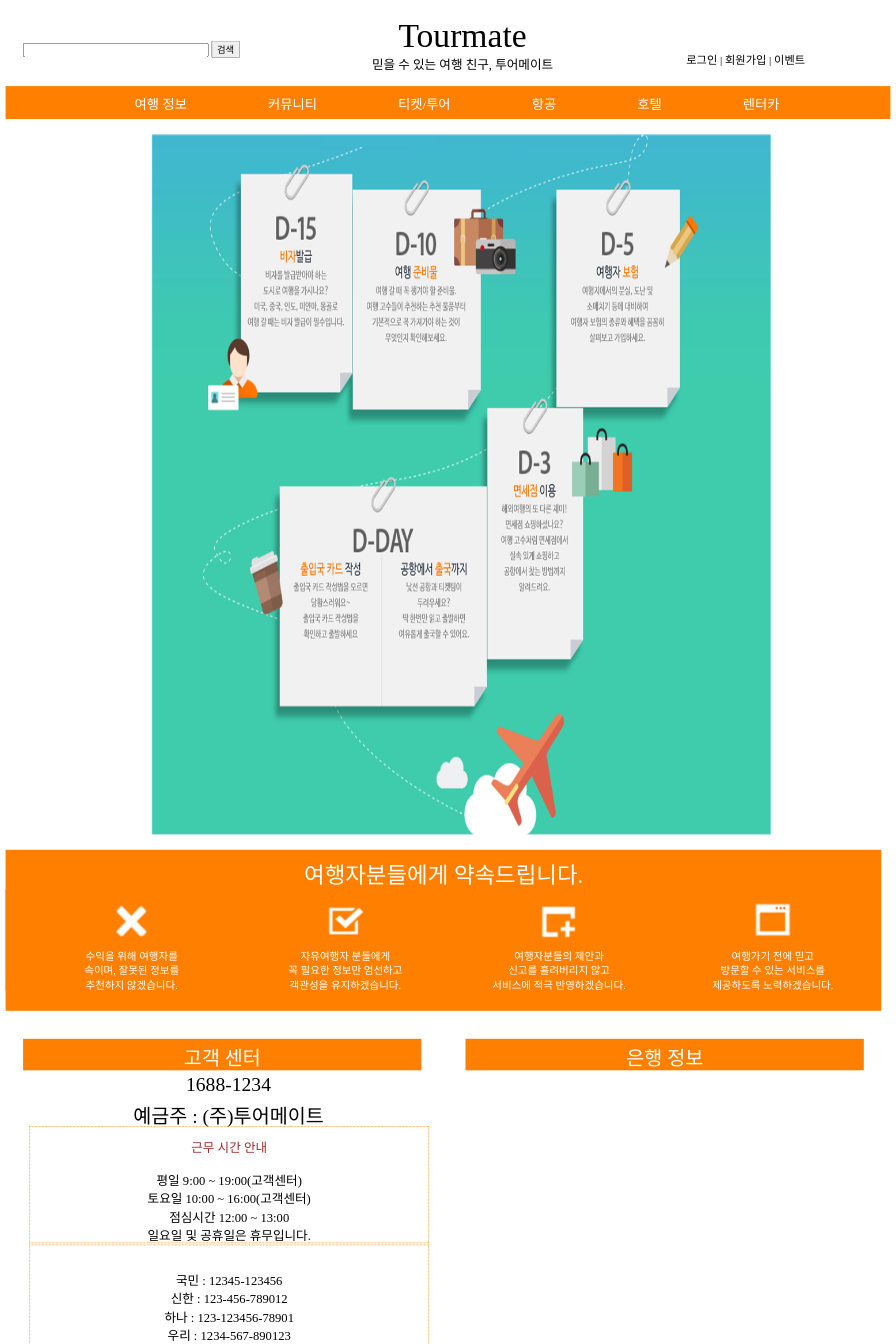
Repository: nohyoonko/2017-2-WP-Tourmate
Page: http://localhost/Tourmate/여행_준비.jsp
An editor plug-in stored every save of this project. The page is shown before and after the next save, followed by the edit.
The browser window is 1280 px wide. The pictures show the part of the page from y = 0 to 1920 px (the page is 2170 px tall before and 11170 px after), at 70% of full size.
Some web libraries are served in a nearby version. The page is served by Tomcat 9. Other server files are loaded and not shown.

Above is the page before, as saved 2017-12-06 05:38:08.

### eclipse-workspace/Tourmate/WebContent/여행_준비.jsp
<%@ page contentType="text/html; charset=UTF-8" pageEncoding="UTF-8"%>
<!DOCTYPE html>
<html lang="ko">
	<head>
		<meta http-equiv="Content-Type" content="text/html; charset=UTF-8" />
		<title>투어메이트</title>
		<script src="http://code.jquery.com/jquery-1.10.1.js"></script>
		<style>
		#box {
			width:70%;
			height:1000px;
			margin-left:3%;
		}
		</style>
	</head>
	<body>
		<!-- 제목+메뉴바를 포함한 Header.jsp 파일을 include -->
 		<jsp:include page="Header.jsp" flush="false"/>
		<br><br>
			<center>
			<img id="box" src="1_ready/여행_준비.png">
			</center>
		<br>
		<!-- 회사 정보와 약속을 포함한 Footer.jsp 파일을 include -->
		<jsp:include page="Footer.jsp" flush="false"/>
	</body>
</html>

### eclipse-workspace/Tourmate/WebContent/Header.jsp
<%@ page language="java" contentType="text/html; charset=UTF-8"
    pageEncoding="UTF-8"%>
<!DOCTYPE html PUBLIC "-//W3C//DTD HTML 4.01 Transitional//EN" "http://www.w3.org/TR/html4/loose.dtd">
<html>
<head>
	<meta http-equiv="Content-Type" content="text/html; charset=UTF-8">
	<title>투어메이트</title>
    <style>
        div { font-family: "함초롬돋움"; }

        div.header1 {
            width: 30%;
            float: left;
            margin-left: 25px;
            margin-top: 50px;
        }

        div.header2 {
            width: 33%;
            height: 60px;
            float: left;
            margin-left: 40px;
            margin-top: 15px;
            color: black;
        }

      	div.header2 > a {
        	color:black; text-decoration:none;
      	}

        div.header3 {
            width: 31%;
            height: 50px;
            float: left;
            margin-right: 10px;
            margin-top: 65px;
        }

        .menubar {
 			background: #FF8000;
 			display: inline-block;
  			width: 100%;
		}
		.main { margin: 0; padding: 0; font-size: 19px; }
		.main li {
			padding:0% 3% 0% 3%;
  			float: left;
  			list-style:none;
  			position: relative;
		}
		.main li:first-child { margin-left: 10%; }
		.main li:hover { background: #984807; }
		.main a {
  			color: white;
  			display: block;
  			padding: 10px 20px;
  			text-decoration: none;
		}
		.main ul {
  			background: white;
  			display: none;
  			padding: 0;
  			position: absolute;
  			left: 0;
  			top: 100%;
  			z-index: 2;
  			width: 210px;
		}
		.main ul li { float: none; margin-left: 10%; }
		.main ul a { color: #984807; }
		.main ul li:hover { background: white; }
		.main ul li:hover>a { color: #FF8000; }
	</style>
</head>
<body>
    <div class="header1">
        <input type="text" size=30>
        <input type="submit" value="검색">
    </div>
    <a href="투어메이트.html">
    <div class="header2">
        <center>
            <font face="HYHeadLine" size="7">Tourmate</font><br>
            <font face="함초롬돋움" size="4">믿을 수 있는 여행 친구, 투어메이트</font>
        </center>
    </div>
    </a>
    <div class="header3">
        <center>
            <font size="3">로그인 | 회원가입 | 이벤트</font>
        </center>
    </div>

    <!--상단 메뉴바와 하위 메뉴-->
    <script src="//code.jquery.com/jquery.min.js"></script>
	<script>
	$(function(){
  		$(".main li").hover(function(){
    		$('ul:first',this).show();
  		}, function(){
    		$('ul:first',this).hide();
  		});
	});
	</script>

        <div class="menubar">
        <ul class="main">
            <li>
                 <a href="#">여행 정보</a>
                 <ul>
                  <li><a href="인기_여행_도시.jsp">인기 여행 도시</a></li>
                  <li><a href="여행_준비.jsp">여행 준비</a></li>
               </ul>
            </li>

            <li>
                <a href="#">커뮤니티</a>
                <ul>
                    <li><a href="여행_후기.jsp">여행 후기</a></li>
                </ul>
            </li>

            <li>
                <a href="#">티켓/투어</a>
                <ul>
                    <li><a href="티켓투어_한국.jsp">한국</a></li>
                    <li><a href="티켓투어_홍콩.jsp">홍콩</a></li>
                    <li><a href="티켓투어_일본.jsp">일본</a></li>
                    <li><a href="티켓투어_싱가포르.jsp">싱가포르</a></li>
                    <li><a href="티켓투어_대만.jsp">대만</a></li>
                </ul>
            </li>

            <li><a href="항공.jsp">항공</a></li>
            <li><a href="호텔.jsp">호텔</a></li>
            <li><a href="렌터카.jsp">렌터카</a></li>
        </ul>
    </div>
</body>
</html>

### eclipse-workspace/Tourmate/WebContent/Footer.jsp
<%@ page language="java" contentType="text/html; charset=UTF-8"
    pageEncoding="UTF-8"%>
<!DOCTYPE html PUBLIC "-//W3C//DTD HTML 4.01 Transitional//EN" "http://www.w3.org/TR/html4/loose.dtd">
<html>
<head>
	<meta http-equiv="Content-Type" content="text/html; charset=UTF-8">
	<title>투어메이트</title>
    <style>
        div { font-family: "함초롬돋움"; }

       div.footer{
         width:99%;
         height:220px;
         float:left;
         background-color:#FF8000;
         color:white;
         text-align:center;
         padding-top:10px;
      }
      div.promise{
         width:20%;
         float:left;
         height:140px;
         background-color:#FF8000;
         color:white;
         font-size:15px;
         text-align:center;
         padding-top:5px;
         padding-left:55px;
      }
      div.footer2{
         width:45%;
         height:40px;
         float:left;
         font-size:28px;
         background-color:#FF8000;
         color:white;
         text-align:center;
         padding-top:5px;
         margin-left:2%;
         margin-right:3%;
         margin-top:40px;
      }
      div.footer3{
         width:45%;
         height:35px;
         float:left;
         font-size:28px;
         text-align:center;
         padding-top:4px;
         margin-left:34px;
         margin-right:34px;
      }
      div.footer4{
         width:45%;
         height:150px;
         float:left;
         font-size:18px;
         text-align:center;
         padding-top:15px;
         margin-top:2px;
         margin-left:34px;
         margin-right:34px;
         border-width: 1px;
         border-style : dotted;
         border-color : #FF8000;
      }
      div.footer5{
         width:99%;
         height:170px;
         font-size:15px;
         background-color:#424242;
         color:white;
         float:left;
         text-align:center;
         padding-top:15px;
         margin-top:40px;
      }
       #fo {width:60px; height:60px; padding:10px 70px 5px 70px;}
	</style>
</head>
<body>
       <div class="footer">
         <font size="6">여행자분들에게 약속드립니다.</font><br>
         <div class="promise">
            <img id="fo" src="main/footer 그림1.png"><br>
            수익을 위해 여행자를<br>
            속이며, 잘못된 정보를<br>
            추천하지 않겠습니다.
         </div>
         <div class="promise">
            <img id="fo" src="main/footer 그림2.png"><br>
            자유여행자 분들에게<br>
            꼭 필요한 정보만 엄선하고<br>
            객관성을 유지하겠습니다.
         </div>
         <div class="promise">
            <img id="fo" src="main/footer 그림3.png"><br>
            여행자분들의 제안과<br>
            신고를 흘려버리지 않고<br>
            서비스에 적극 반영하겠습니다.
         </div>
         <div class="promise">
            <img id="fo" src="main/footer 그림4.png"><br>
            여행가기 전에 믿고<br>
            방문할 수 있는 서비스를<br>
            제공하도록 노력하겠습니다.
         </div>
      </div>
      <br>
      <div class="footer2">고객 센터</div>
      <div class="footer2">은행 정보</div>
      <br>
      <div class="footer3">1688-1234</div>
      <div class="footer3">예금주 : (주)투어메이트</div>
      <br>
      <div class="footer4">
         <font color="brown" size="4">근무 시간 안내</font><br><br>
         평일 9:00 ~ 19:00(고객센터)<br>
         토요일 10:00 ~ 16:00(고객센터)<br>
         점심시간 12:00 ~ 13:00<br>
         일요일 및 공휴일은 휴무입니다.<br>
      </div>
      <div class="footer4"><br>
         국민 : 12345-123456<br>
         신한 : 123-456-789012<br>
         하나 : 123-123456-78901<br>
         우리 : 1234-567-890123<br>
      </div>
      <div class="footer5">
         상호명 : 투어메이트 | 대표 : 이주영, 고노윤 | 대표전화 : 1688-1234<br>
         주소 : 서울특별시 중구 필동로 1길 123 | <br>
         사업자 등록 번호 : 123-45-67890 |<br>
         통신판매업신고 : 제2017-1234동-5678호<br>
         이메일 : tourmate@naver.com<br>
         FAX : 123-4567-8901<br><br>
         COPYRIGHT(C) ALL RIGHTS RESERVED.<br>
      </div>
</body>
</html>

After the next save:
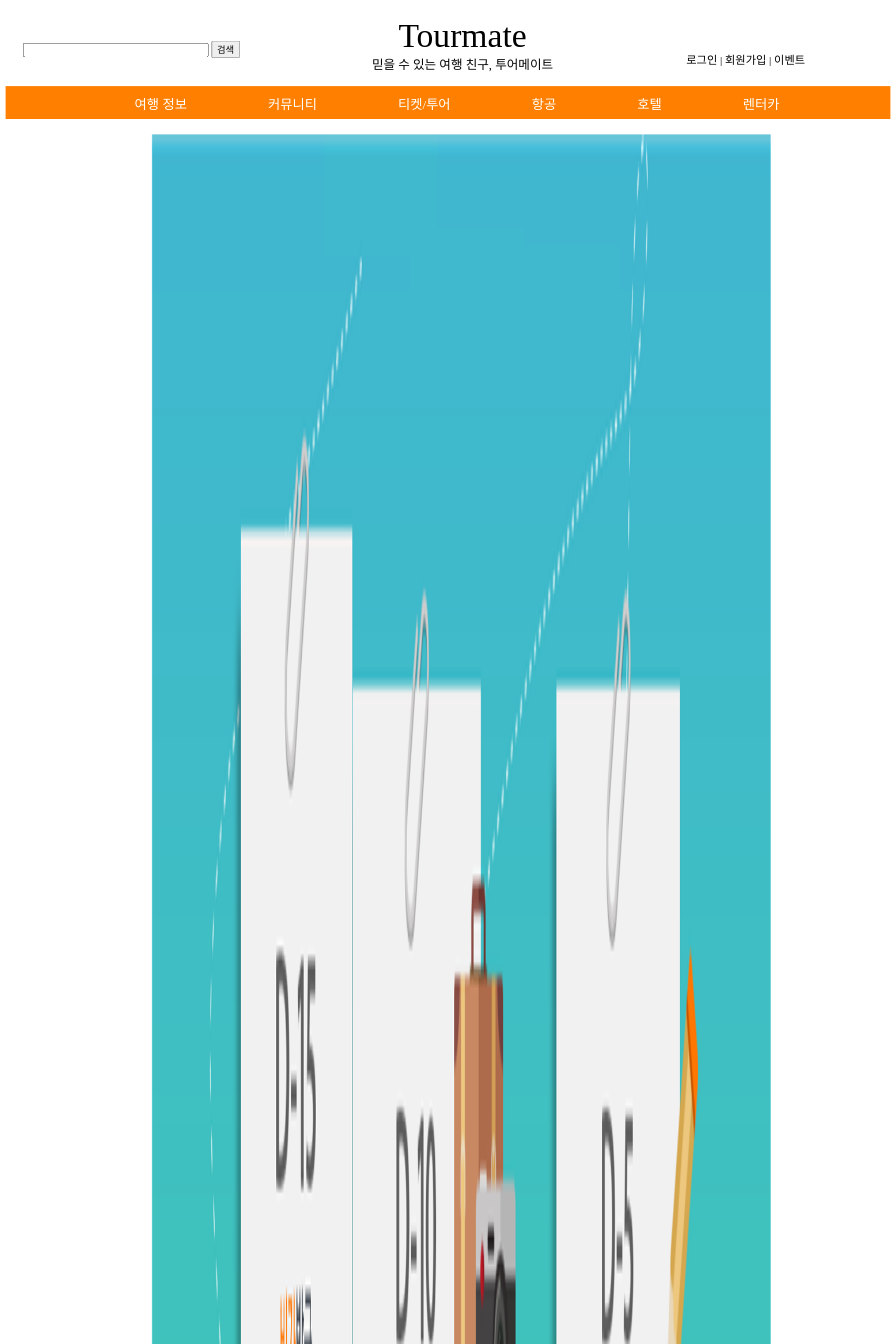
Saved 13 s later.
--- a/eclipse-workspace/Tourmate/WebContent/여행_준비.jsp
+++ b/eclipse-workspace/Tourmate/WebContent/여행_준비.jsp
@@ -8,7 +8,7 @@
 		<style>
 		#box {
 			width:70%;
-			height:1000px;
+			height:10000px;
 			margin-left:3%;
 		}
 		</style>

After the save that followed:
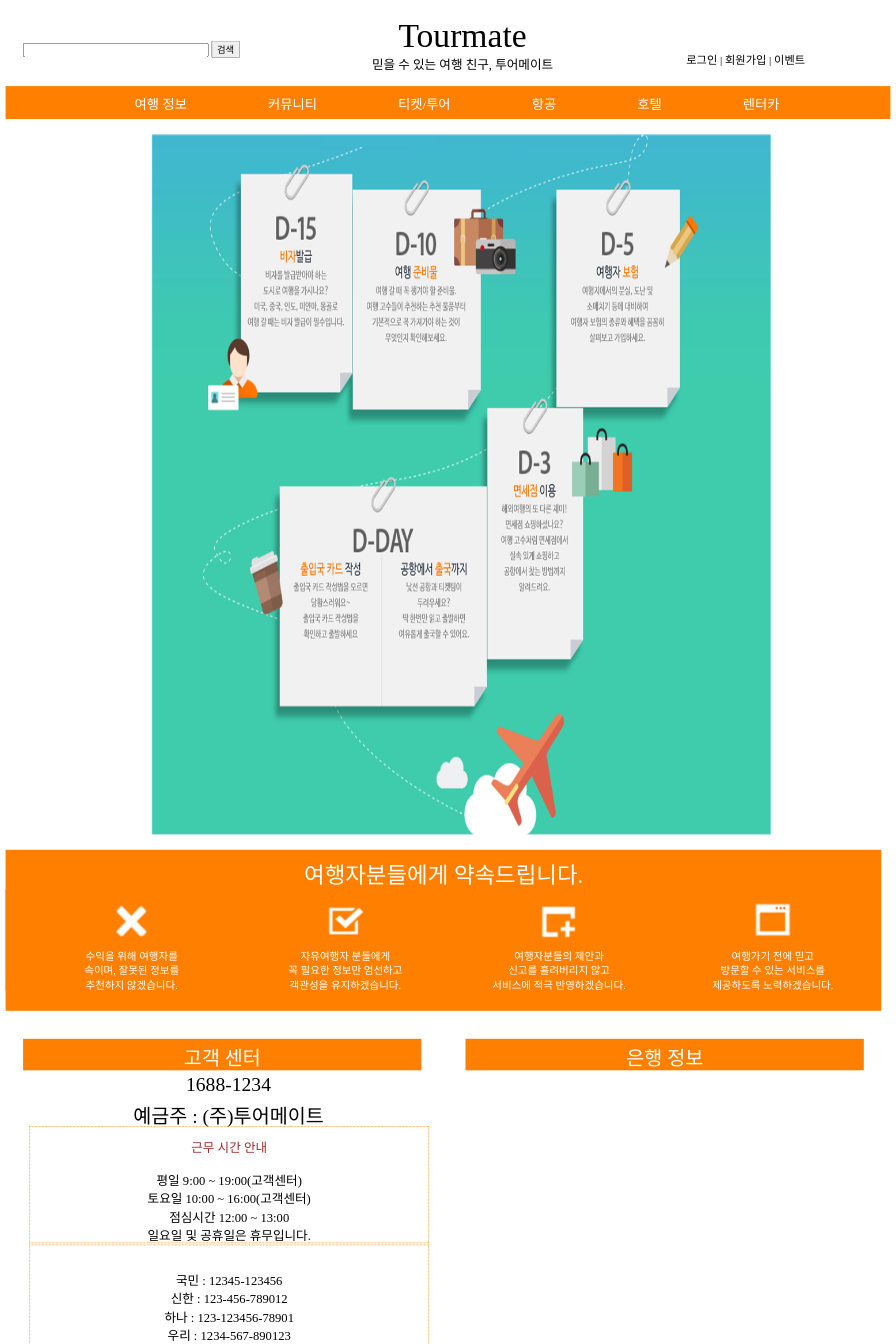
Saved 19 s later.
--- a/eclipse-workspace/Tourmate/WebContent/여행_준비.jsp
+++ b/eclipse-workspace/Tourmate/WebContent/여행_준비.jsp
@@ -8,7 +8,7 @@
 		<style>
 		#box {
 			width:70%;
-			height:10000px;
+			height:1000px;
 			margin-left:3%;
 		}
 		</style>
